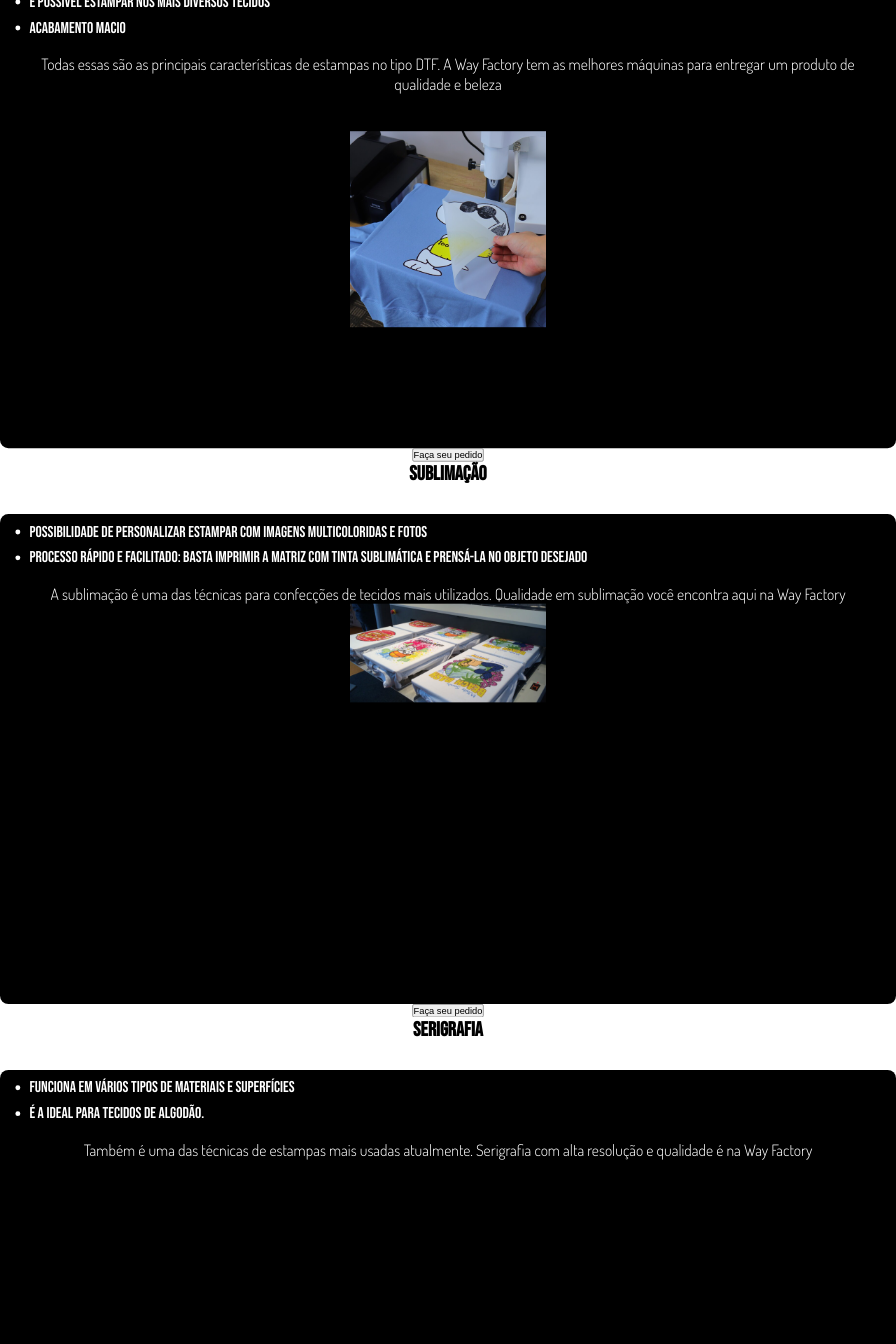
Repository: Leonngc/way-factory
Page: index.html
The author's editor kept a copy of each file at every save. The page is drawn from the files as they stood at one save, then again after the next save.
The browser window is 1280 px wide. The pictures show the part of the page from y = 748 to 2668 px (the page is 3522 px tall), at 70% of full size.
Some icons come from a web library that is not loaded, so they are not drawn.

Above is the page before, as saved 2023-02-08 22:35:25.

After the next save:
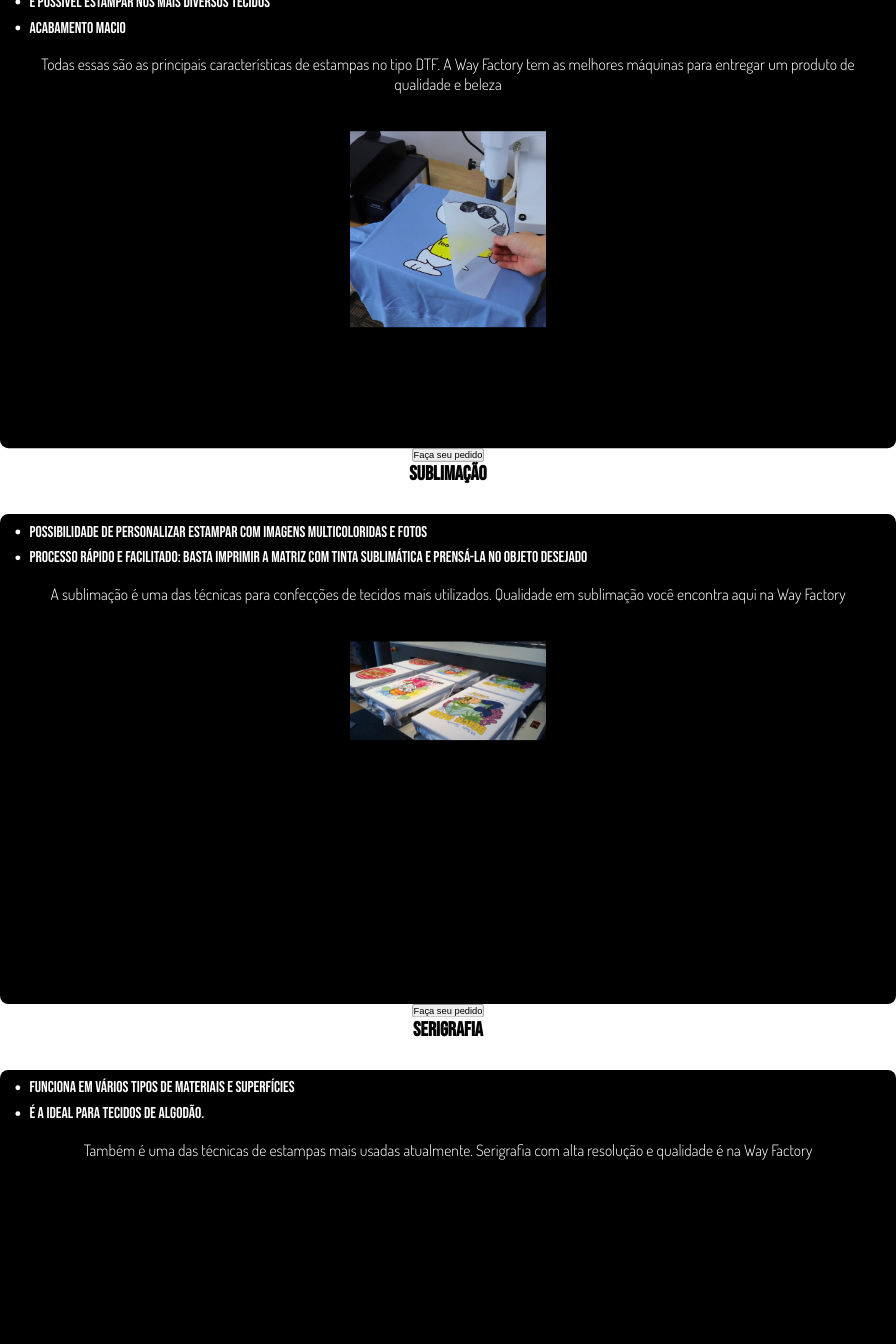
Saved 13 s later.
--- a/index.html
+++ b/index.html
@@ -90,7 +90,7 @@
               A sublimação é uma das técnicas para confecções de tecidos mais
               utilizados. Qualidade em sublimação você encontra aqui na Way
               Factory
-              <img src="images/sublimacao.png" alt="Imagem de uma estampa em sublimação" />
+              <div><img src="images/sublimacao.png" alt="Imagem de uma estampa em sublimação" /></div>
             </p>
           </div>
         </div>
